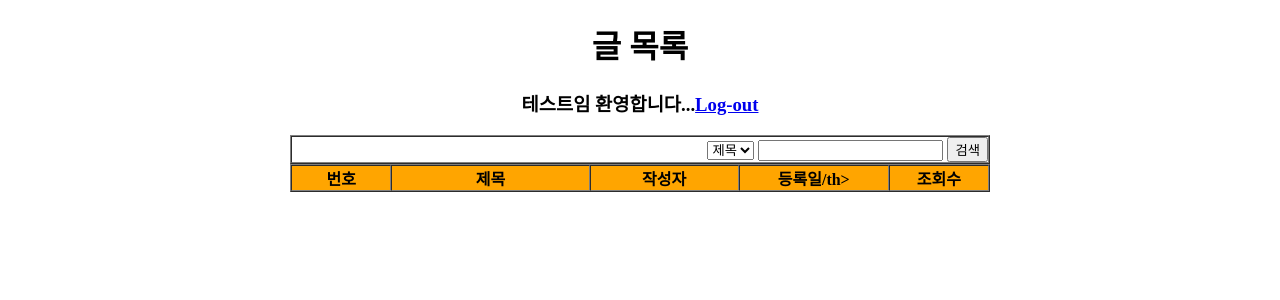
Repository: Dev-Aria/WebStudy
Page: http://localhost/BoardWeb/getBoardList.jsp
These files come from the project's save history. The page is drawn as it stood at one moment and after the next save; the edit follows.
The browser window is 1280 px wide. The pictures show the whole page.
The page is served by Tomcat 9. Other server files are loaded and not shown. Queries for data that is not in the repository find no rows.

Above is the page before, as saved 2018-05-02 18:39:24.

### workspace_sts/BoardWeb/src/main/webapp/getBoardList.jsp
<%@page contentType="text/html; charset=EUC-KR"%>
<%@page import="com.springbook.biz.board.impl.BoardDAO"%>
<%@page import="com.springbook.biz.board.BoardVO"%>
<%@page import="java.util.List"%>

<%
	//1. 사용자 입력 정보 추출(검색 기능은 나중에 구현)
	//2. DB 연동 처리
	BoardVO vo = new BoardVO();
	BoardDAO boardDAO = new BoardDAO();
	List<BoardVO> boardList = boardDAO.getBoardList(vo);

	//3. 응답 화면 구성
%>

<!DOCTYPE html PUBLIC "-//W3C//DTD HTML 4.01 Transitional//EN" "http://www.w3.org/TR/html4/loose.dtd">
<html>
<head>
<meta http-equiv="Content-Type" content="text/html; charset=EUC-KR">
<title>글 목록</title>
</head>
<body>
<center>
<h1>글 목록</h1>
<h3>테스트임 환영합니다...<a href="logout_proc.jsp">Log-out</a></h3>

<!-- 검색 시작 -->
<form action="getBoardList.jsp" method="post">
<table border="1" cellpadding="0" cellspacing="0" width="700">
<tr>
    <td align="right">
        <select name="searchCondition">
       	 <option value="TITLE">제목
       	 <option value="CONTENT">내용
        </select>
        <input name="searchKeyword" type="text"/>
        <input type="submit" value="검색"/>
    </td>
</tr>
</table>
</form>
<!-- 검색 종료 -->

<table border="1" cellpadding="0" cellspacing="0" width="700">
<tr>
	<th bgcolor="orange" width="100">번호</th>
	<th bgcolor="orange" width="200">제목</th>
	<th bgcolor="orange" width="150">작성자</th>
	<th bgcolor="orange" width="150">등록일/th>
	<th bgcolor="orange" width="100">조회수</th>
</tr>

<% for(BoardVO board : boardList) { %>
<tr>
    <td><%= board.getSeq() %></td>
    <td align="left"><a href="getBoard.jsp?seq=<%=board.getSeq() %>">
					<%= board.getTitle() %></a></td>
    <td><%= board.getWriter() %></td>
    <td><%= board.getRegDate() %></td>
    <td><%= board.getCnt() %></td>
</tr>
<% } %>


</table>
<br>
<a href="insertBoard.jsp">
<spring:message code="message.board.list.link.insertBoard"/></a>
</center>
</body>
</html>

### workspace_sts/BoardWeb/src/main/java/com/springbook/biz/board/BoardVO.java
package com.springbook.biz.board;

import java.util.Date;

// VO(Value Object)
public class BoardVO {
    private int seq;
    private String title;
    private String writer;
    private String content;
    private Date regDate;
    private int cnt;    // Getter/Setter �޼ҵ�
	public int getSeq() {
		return seq;
	}

	public void setSeq(int seq) {
		this.seq = seq;
	}

	public String getTitle() {
		return title;
	}

	public void setTitle(String title) {
		this.title = title;
	}

	public String getWriter() {
		return writer;
	}

	public void setWriter(String writer) {
		this.writer = writer;
	}

	public String getContent() {
		return content;
	}

	public void setContent(String content) {
		this.content = content;
	}

	public Date getRegDate() {
		return regDate;
	}

	public void setRegDate(Date regDate) {
		this.regDate = regDate;
	}

	public int getCnt() {
		return cnt;
	}

	public void setCnt(int cnt) {
		this.cnt = cnt;
	}

    @Override
    public String toString() {
        return "BoardVO [seq=" + seq + ", title=" + title + ", writer="
                         + writer + ", content=" + content + ", regDate=" + regDate
                         + ", cnt=" + cnt + "]";
    }
}

### workspace_sts/BoardWeb/src/main/java/com/springbook/biz/common/JDBCUtil.java
package com.springbook.biz.common;

import java.sql.Connection;
import java.sql.DriverManager;
import java.sql.PreparedStatement;
import java.sql.ResultSet;

public class JDBCUtil {
    public static Connection getConnection() {
        try {
            Class.forName("org.h2.Driver");
            return DriverManager.getConnection("jdbc:h2:tcp://localhost/~/test", "sa", "");
        } catch (Exception e) {
            e.printStackTrace();
        }
        return null;
    }

    public static void close(PreparedStatement stmt, Connection conn) {
        if(stmt != null) {
            try {
                if(!stmt.isClosed()) stmt.close();
            } catch (Exception e) {
                e.printStackTrace();
            } finally {
                stmt = null;
            }
        }

        if(conn != null) {
            try {
                if(!conn.isClosed()) conn.close();
            } catch (Exception e) {
                e.printStackTrace();
            } finally {
                conn = null;
            }
        }
    }

    public static void close(ResultSet rs, PreparedStatement stmt, Connection conn) {
        if(rs != null) {
            try {
                if(!rs.isClosed()) rs.close();
            } catch (Exception e) {
                e.printStackTrace();
            } finally {
                rs = null;
            }
        }

        if(stmt != null) {
            try {
                if(!stmt.isClosed()) stmt.close();
            } catch (Exception e) {
                e.printStackTrace();
            } finally {
                stmt = null;
            }
        }

        if(conn != null) {
            try {
                if(!conn.isClosed()) conn.close();
            } catch (Exception e) {
                e.printStackTrace();
            } finally {
                conn = null;
            }
        }
    }
}

After the next save:
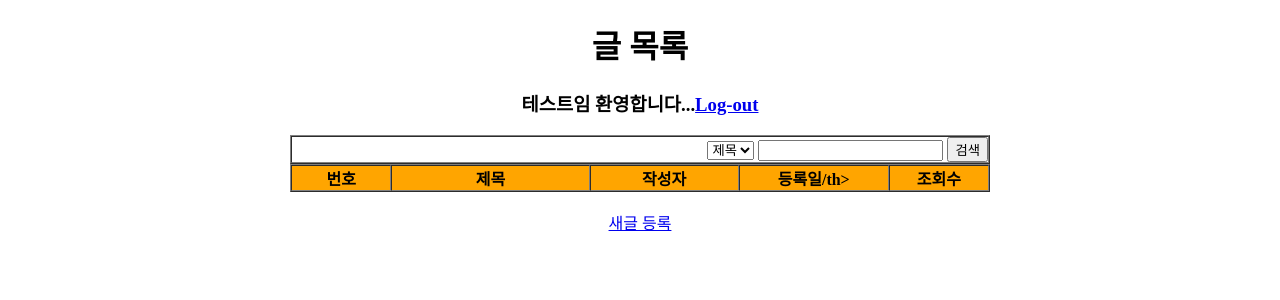
Saved 24 s later.
--- a/workspace_sts/BoardWeb/src/main/webapp/getBoardList.jsp
+++ b/workspace_sts/BoardWeb/src/main/webapp/getBoardList.jsp
@@ -64,8 +64,7 @@
 
 </table>
 <br>
-<a href="insertBoard.jsp">
-<spring:message code="message.board.list.link.insertBoard"/></a>
+<a href="insertBoard.jsp">새글 등록</a>
 </center>
 </body>
 </html>
